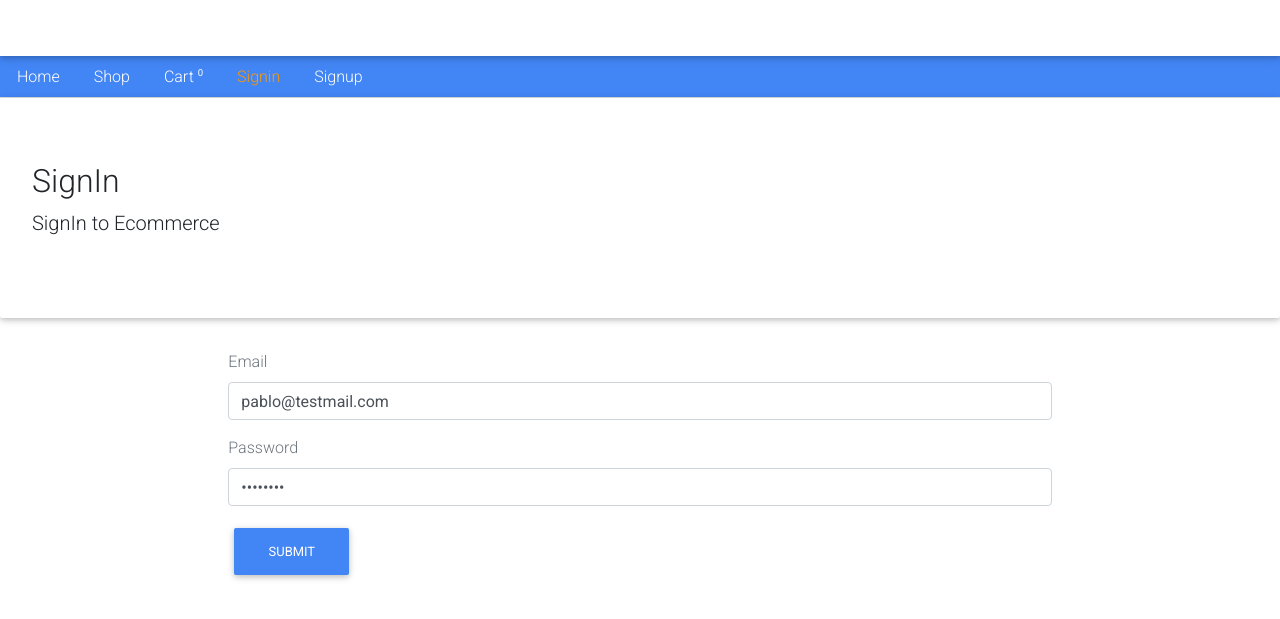
Repository: albertotorresfoltyn/e-commerce-front
Page: /create/product
An editor plug-in stored every save of this project. The page is shown before and after the next save, followed by the edit.
The browser window is 1280 px wide. The pictures show the whole page.
The project was rebuilt for these pictures with package versions that can differ from the ones it lists, and the page was loaded fresh each time. Also part of the build but not shown: src/styles.css, src/user/Signup.js, src/core/apiCore.js, src/core/ShowImage.js, src/core/Card.js, src/core/Search.js, src/core/Home.js, src/auth/PrivateRoute.js and 14 more.

Above is the page before, as saved 2019-10-31 11:44:56.

### public/index.html
<!DOCTYPE html>
<html lang="en">
  <head>
    <meta charset="utf-8" />
    <link rel="shortcut icon" href="%PUBLIC_URL%/favicon.ico" />
    <meta name="viewport" content="width=device-width, initial-scale=1" />
    <meta name="theme-color" content="#000000" />

    <link rel="manifest" href="%PUBLIC_URL%/manifest.json" />
    <link rel="stylesheet" href="https://stackpath.bootstrapcdn.com/bootstrap/4.3.1/css/bootstrap.min.css"
    integrity="sha384-ggOyR0iXCbMQv3Xipma34MD+dH/1fQ784/j6cY/iJTQUOhcWr7x9JvoRxT2MZw1T"
    crossorigin="anonymous"/>

    <title>React App</title>
  </head>
  <body>
    <noscript>You need to enable JavaScript to run this app.</noscript>
    <div id="root"></div>
    <!--
      This HTML file is a template.
      If you open it directly in the browser, you will see an empty page.

      You can add webfonts, meta tags, or analytics to this file.
      The build step will place the bundled scripts into the <body> tag.

      To begin the development, run `npm start` or `yarn start`.
      To create a production bundle, use `npm run build` or `yarn build`.
    -->
  </body>
</html>

### src/index.js
import React from 'react';
import ReactDOM from 'react-dom';
import Routes from './Routes';
import 'font-awesome/css/font-awesome.min.css';
//import 'bootstrap-css-only/css/bootstrap.min.css';
import 'mdbreact/dist/css/mdb.css';

ReactDOM.render(<Routes/>, document.getElementById('root'));

### src/Routes.js
import React from 'react';
import {BrowserRouter, Switch, Route} from 'react-router-dom'
import Signup from './user/Signup'
import Signin from './user/Signin'
import Home   from './core/Home'
import Privateroute from './auth/PrivateRoute'
import Dashboard from './user/userDashboard'
import AdminRoute from './auth/AdminRoute'
import AdminDashboard from './user/AdminDashboard';
import AddCategory from './admin/AddCategory';
import AddProduct from './admin/AddProduct'
import Shop from './core/Shop'
import Product from './core/Product'
import Cart from './core/Cart'
import Orders from './admin/Orders'


const Routes = () => {
    return (
    //makes the props available on these componentes
    <BrowserRouter>
        <Switch>
            <Route path="/"      exact component={Home}/>
            <Route path="/shop"exact component={Shop}/>
            <Route path="/signin"exact component={Signin}/>
            <Route path="/signup"exact component={Signup}/>
            <Privateroute path="/user/dashboard" exact component={Dashboard} />
            <AdminRoute  path="/admin/dashboard" exact component={AdminDashboard}/>
            <AdminRoute path="/create/category"exact component={AddCategory}/>
            <AdminRoute path="/create/product" exact component={AddProduct}/>
            <Route path="/product/:productId"exact component={Product}/>
            <Route path="/cart" exact component={Cart}/>
            <AdminRoute path="/admin/orders" exact component={Orders}/>
        </Switch>
    </BrowserRouter>
    );
};

export default Routes;

### src/user/Signin.js
import React, {useState} from 'react'
import { Link, Redirect } from 'react-router-dom'
import Layout from "../core/Layout";
import { signin, authenticate, isAuthenticated } from '../auth';
//import { set } from 'mongoose';


const Signin = () => {

    const [values, setValues] = useState({
        //our state that will change with the input values, this should be updated
        email:'pablo@testmail.com',
        password:'jjjj1234',
        error:'',
        loading: false,
        redirectToReferrer: false,

    });

    const {email, password, loading, error, redirectToReferrer} = values;
    const {user} = isAuthenticated()

    const handleChange = name => event => {
        setValues({...values, error: false, [name]: event.target.value });
    };

    const clickSubmit = (event) => {
        event.preventDefault() //browser doesnt reload when click submit
        setValues({...values, error: false, loading: true });
        signin({email, password})
        .then(data => {
            if (data.error) {
                setValues({...values, error: data.error, loading: false})
            } else {
                authenticate(data, () => {
                    setValues({
                        ...values,
                        redirectToReferrer: true,
                    });
                }); //second argument for authenticate
            }
        });
    };

    const signUpForm = () => (
        <form>
            <div className="form-group">
                <label className="text-muted">Email</label>
                <input onChange={handleChange('email')} type="email" className="form-control" value={email}/>
            </div>

            <div className="form-group">
                <label className="text-muted">Password</label>
                <input onChange={handleChange('password')} type="password" className="form-control" value={password}/>
            </div>

            <button onClick={clickSubmit} className="btn btn-primary">Submit</button>


        </form>
    );

    const showError = () => (
        <div className="alert alert-danger" style={{display: error ? '' : 'none'}}>
            {error}
        </div>
    )

    const showLoading = () =>
        loading && (
            <div className="alert alert-info">
                <h2>Loading...</h2>
            </div>
        );

    const redirectUser = () => {
        if (redirectToReferrer) {
            if (user && user.role === 1) {
                return <Redirect to="/admin/dashboard" />;
            } else {
                return <Redirect to="/user/dashboard" />;
            }
        }
        if(isAuthenticated()) {
            return <Redirect  to="/" />;
        }
    };




    return(
        <Layout title="SignIn" description="SignIn to Ecommerce" className="container col-md-8 offset-md-2">
            { showLoading() }
            { showError() }
            { signUpForm() }
            { redirectUser() }
        </Layout>
    );
};

export default Signin;

### src/auth/AdminRoute.js
import React, {Component} from 'react'
import { Route, Redirect} from 'react-router-dom'
import {isAuthenticated} from './index'

const AdminRoute = ({component: Component, ...rest}) => (
    <Route {...rest} render={props => isAuthenticated() && isAuthenticated().user.role === 1  ? (
        <Component {...props} />
    ) : (
        <Redirect to={{pathname: '/signin',  state:{from: props.location}}} />
        )}
    />
);

export default AdminRoute;

### src/core/Layout.js
import React from 'react';
import Menu from './Menu'
import '../styles.css'

const Layout = ({ title = "Title", description = "Description", className, children}) => (
    <div>
        <Menu />
        <div className="jumbotron">
            <h2>{title}</h2>
            <p className="lead">{description}</p>
        </div>
        <div className={className}>{children}</div>
    </div>

);

export default Layout;

### src/auth/index.js

import { API } from '../config';

 export const signup = (user) => {
    //console.log(name, email, password);
    return fetch(`${API}/signup`, {
        method: "POST",
        headers: {
            Accept: 'application/json',
            "Content-type":"application/json"
        },
        body: JSON.stringify(user)
    })
    .then(response => {
        return response.json();
    })
    .catch(err => {
        console.log(err);
    });
};

export const signin = (user) => {
    //console.log(name, email, password);
    return fetch(`${API}/signin`, {
        method: "POST",
        headers: {
            Accept: 'application/json',
            "Content-type":"application/json"
        },
        body: JSON.stringify(user)
    })
    .then(response => {
        return response.json();
    })
    .catch(err => {
        console.log(err);
    });
};

export const authenticate = (data, next) => {
    if (typeof window !== 'undefined') {
        localStorage.setItem('jwt', JSON.stringify(data))
        next();
    }
}

export const signout = next => {
    if (typeof window !== "undefined") {
        localStorage.removeItem("jwt");
        next();
        return fetch(`${API}/signout`, {
            method: "GET"
        })
            .then(response => {
                console.log("signout", response);
            })
            .catch(err => console.log(err));
    }
};

export const isAuthenticated = () => {
    if (typeof window == 'undefined') {
        return false
    }

    if (localStorage.getItem('jwt')) {
        return JSON.parse(localStorage.getItem('jwt'))
    } else {
        return false
    }
}

### src/core/cartHelpers.js
 export const addItem = (item, next) => {
     let cart = []
     if(typeof window !== 'undefined') {
         if (localStorage.getItem('cart')) {
             cart = JSON.parse(localStorage.getItem('cart')) //convert JSON to Object !== to JSON.stringify
         }
         cart.push({
             ...item,
             count: 1
         })

         //remove duplicates
         //build an Array from new Set and turn it back into array using Array.from
         //so that later we can re-map it
         //new set will only allow unique values in it
         //so pass the ids of each object/product
         //If the loop tries to add the same value again, it'll get ignored
         //...with the array of ids we got on when first map() was used
         //run map() on it again and return the actual product from the cart

         cart = Array.from(new Set(cart.map((p) => (p._id) ))).map(id => {
             return cart.find(p => p._id === id)
         })

         localStorage.setItem('cart', JSON.stringify(cart))
         next()
     }
 }

 //total items in the cart:

 export const itemTotal = () => {
     if (typeof window !== 'undefined') {
         if (localStorage.getItem("cart")) {
             return JSON.parse(localStorage.getItem("cart")).length;
         }
     }
     return 0
 }

 export const getCart = () => {
    if (typeof window !== 'undefined') {
        if (localStorage.getItem("cart")) {
            return JSON.parse(localStorage.getItem("cart"));
        }
    }
    return []
}
//update the products count
export const updateItem = (productId, count) => {
     let cart = [];
     if (typeof window !== "undefined") {
         if (localStorage.getItem("cart")){
             cart = JSON.parse(localStorage.getItem("cart"));
         }

         cart.map((product, i) => {
             if (product._id === productId) {
                 cart[i].count = count;
             }
         })

         localStorage.setItem("cart", JSON.stringify(cart));

     }
}

//remove items from cart
export const removeItem = (productId) => {
    let cart = [];
    if (typeof window !== "undefined") {
        if (localStorage.getItem("cart")){
            cart = JSON.parse(localStorage.getItem("cart"));
        }

        cart.map((product, i) => {
            if (product._id === productId) {
                cart.splice(i, 1);
            }
        })

        localStorage.setItem("cart", JSON.stringify(cart));
    }
    return cart;
};

export const emptyCart = next => {
    if (typeof window !== 'undefined') {
        localStorage.removeItem('cart')
    }
}

### src/core/Menu.js
import React, {Fragment} from 'react'
import {Link, withRouter} from 'react-router-dom';
import { signout, isAuthenticated } from '../auth'
import { itemTotal } from './cartHelpers'
import { MDBNavbar, MDBNavbarBrand, MDBNavbarNav, MDBNavItem, MDBNavLink, MDBNavbarToggler, MDBCollapse, MDBDropdown,
    MDBDropdownToggle, MDBDropdownMenu, MDBDropdownItem, MDBIcon } from "mdbreact";
const isActive = (history, path) => {
    if (history.location.pathname === path){
        return { color: "#ff9900" };
    } else {
        return { color: "#ffffff" }
    }

};
//this way we have access to prop.history
const Menu = ({ history }) => (
    <>
    <MDBNavbar color="#26333C" dark expand="md">
        <MDBCollapse id="navbarCollapse3" isOpen={true} navbar>
          <MDBNavbarNav left>
            <MDBNavItem active>
              <MDBNavLink to="#!">Home</MDBNavLink>
            </MDBNavItem>
            <MDBNavItem>
              <MDBNavLink to="#!">Features</MDBNavLink>
            </MDBNavItem>
            <MDBNavItem>
              <MDBNavLink to="#!">Pricing</MDBNavLink>
            </MDBNavItem>
            <MDBNavItem>
              <MDBDropdown>
                <MDBDropdownToggle nav caret>
                  <div className="d-none d-md-inline">Dropdown</div>
                </MDBDropdownToggle>
                <MDBDropdownMenu className="dropdown-default">
                  <MDBDropdownItem href="#!">Action</MDBDropdownItem>
                  <MDBDropdownItem href="#!">Another Action</MDBDropdownItem>
                  <MDBDropdownItem href="#!">Something else here</MDBDropdownItem>
                  <MDBDropdownItem href="#!">Something else here</MDBDropdownItem>
                </MDBDropdownMenu>
              </MDBDropdown>
            </MDBNavItem>
          </MDBNavbarNav>
          <MDBNavbarNav right>
            <MDBNavItem>
              <MDBNavLink className="waves-effect waves-light" to="#!">
                <MDBIcon fab icon="twitter" />
              </MDBNavLink>
            </MDBNavItem>
            <MDBNavItem>
              <MDBNavLink className="waves-effect waves-light" to="#!">
                <MDBIcon fab icon="google-plus-g" />
              </MDBNavLink>
            </MDBNavItem>
            <MDBNavItem>
              <MDBDropdown>
                <MDBDropdownToggle nav caret>
                  <MDBIcon icon="user" />
                </MDBDropdownToggle>
                <MDBDropdownMenu className="dropdown">
                  <MDBDropdownItem href="#!">Action</MDBDropdownItem>
                  <MDBDropdownItem href="#!">Another Action</MDBDropdownItem>
                  <MDBDropdownItem href="#!">Something else here</MDBDropdownItem>
                  <MDBDropdownItem href="#!">Something else here</MDBDropdownItem>
                </MDBDropdownMenu>
              </MDBDropdown>
            </MDBNavItem>
          </MDBNavbarNav>
        </MDBCollapse>
      </MDBNavbar>
     <div>
         <ul className="nav nav-tabs bg-primary">

               <li className="nav-item">
                 <Link className="nav-link" style={isActive(history, '/')} to="/">Home</Link>
               </li>

               <li className="nav-item">
                 <Link className="nav-link" style={isActive(history, '/shop')} to="/shop">Shop</Link>
               </li>

               <li className="nav-item">
                    <Link className="nav-link" style={isActive(history, '/cart')} to="/cart">
                        Cart{" "}<sup>
                                    <small className="cart-badge">{itemTotal()}</small>
                                </sup>
                    </Link>
               </li>

              {isAuthenticated() && isAuthenticated().user.role === 0 && (
                    <li className="nav-item">
                        <Link className="nav-link" style={isActive(history, "/user/dashboard")}
                        to="/user/dashboard">
                            Dashboard
                        </Link>
                </li>
              )}

            {isAuthenticated() && isAuthenticated().user.role === 1 && (
                    <li className="nav-item">
                    <Link className="nav-link" style={isActive(history, "/admin/dashboard")}
                    to="/admin/dashboard">
                        Dashboard
                    </Link>
                </li>
              )}

            {!isAuthenticated() && (
                <Fragment>
                     <li className="nav-item">
                          <Link className="nav-link" style ={isActive(history, '/signin')} to="/signin">Signin</Link>
                    </li>

                    <li className="nav-item">
                        <Link className="nav-link" style={isActive(history, '/signup')} to="/signup">Signup</Link>
                    </li>
                </Fragment>
            )}

            {isAuthenticated() && (
                    <li className="nav-item">
                            <span className="nav-link" style={{cursor: "pointer", color: "#ffffff" }} onClick={() =>
                                signout(() => {
                                history.push("/"); //take the user to homepage after signout
                                })
                            }
                            >
                                Signout
                            </span>

                     </li>
            )}

         </ul>

     </div>
     </>
)

export default withRouter(Menu);

Loaded but not shown: src/config.js (common file)

After the next save:
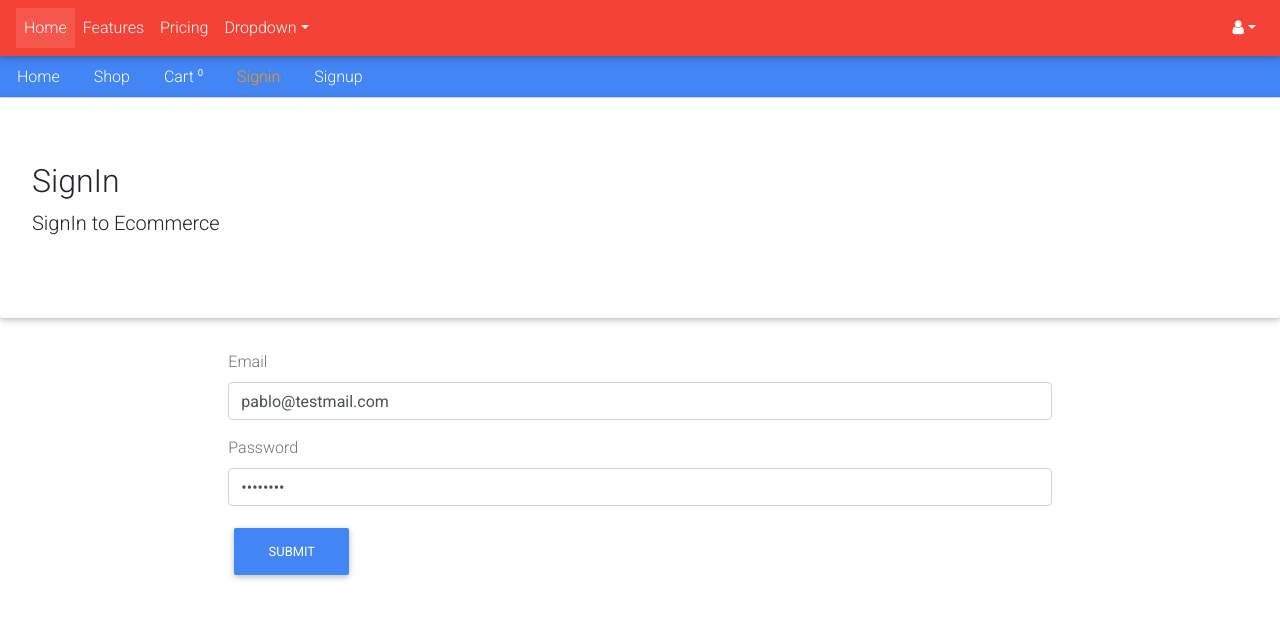
Saved 7 min 44 s later.
--- a/src/core/Menu.js
+++ b/src/core/Menu.js
@@ -15,7 +15,7 @@ const isActive = (history, path) => {
 //this way we have access to prop.history
 const Menu = ({ history }) => (
     <>
-    <MDBNavbar color="#26333C" dark expand="md">
+    <MDBNavbar color="red" dark expand="md">
         <MDBCollapse id="navbarCollapse3" isOpen={true} navbar>
           <MDBNavbarNav left>
             <MDBNavItem active>
